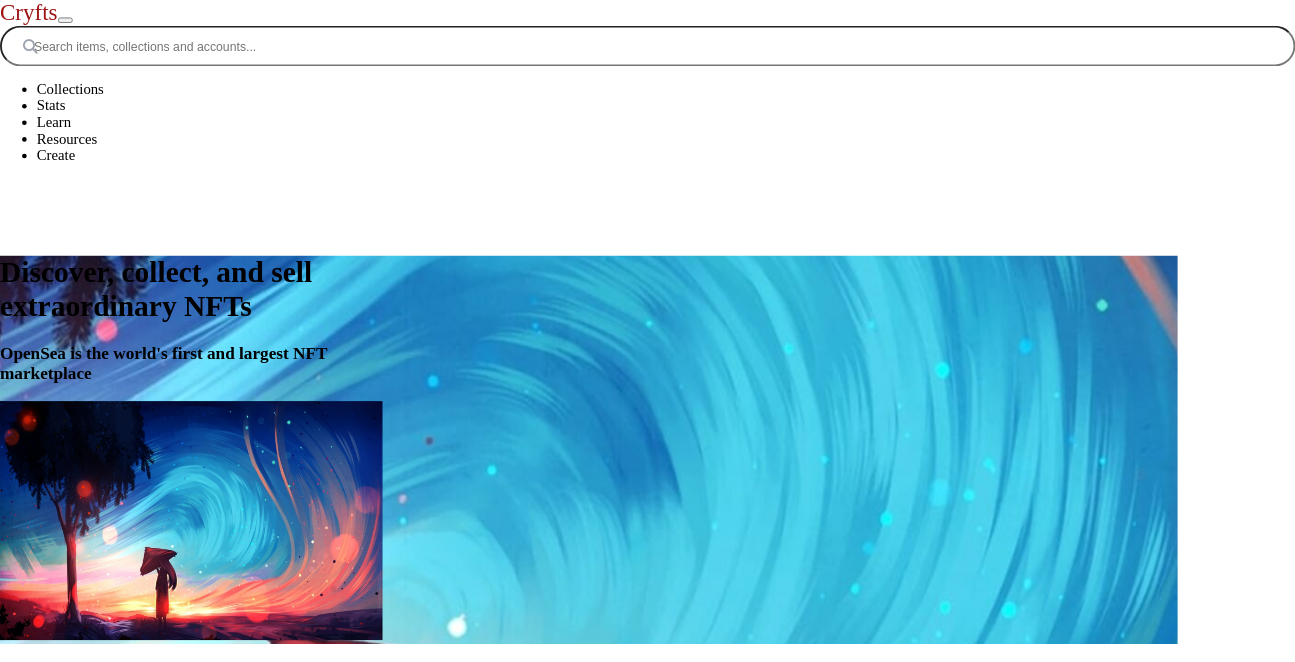
Repository: Huzaifa-2609/opensea_project
Page: /
These files come from the project's save history. The page is drawn as it stood at one moment and after the next save; the edit follows.
The browser window is 1280 px wide. The page is 1408 px wide, so the pictures cover 1408 px, including what lies to the right of the window. The pictures show the whole page, at 92% of full size.
Some web libraries are served in a nearby version. The project was rebuilt for these pictures with package versions that can differ from the ones it lists, and the page was loaded fresh each time. The framework's server and built-in components were replaced by stand-ins that run in the browser. Also part of the build but not shown: next.config.js, styles/Home.module.css.

Above is the page before, as saved 2022-07-09 18:00:48.

### pages/_app.js
import Navbar from '../components/Navbar'
import '../styles/globals.css'
import Head from "next/head"
import Script from 'next/script'
import "../styles/hero.css"
function MyApp({ Component, pageProps }) {
  return(
    <>
    <Script src="https://kit.fontawesome.com/30bda3e318.js" crossorigin="anonymous"></Script>
    <Script src="https://cdn.jsdelivr.net/npm/bootstrap@5.2.0-beta1/dist/js/bootstrap.bundle.min.js" integrity="sha384-pprn3073KE6tl6bjs2QrFaJGz5/SUsLqktiwsUTF55Jfv3qYSDhgCecCxMW52nD2" crossOrigin="anonymous"></Script>
    <Navbar title={"Cryfts"}/>
  <Component {...pageProps} />
  </>
  )
}

export default MyApp

### pages/_document.js
import { Html, Head, Main, NextScript } from 'next/document'

export default function Document() {
  return (
    <Html>
      <Head>
      <link href="https://cdn.jsdelivr.net/npm/bootstrap@5.2.0-beta1/dist/css/bootstrap.min.css" rel="stylesheet" integrity="sha384-0evHe/X+R7YkIZDRvuzKMRqM+OrBnVFBL6DOitfPri4tjfHxaWutUpFmBp4vmVor" crossOrigin="anonymous"/>
      </Head>
      <body>
        <Main />
        <NextScript />
      </body>
    </Html>
  )
}

### pages/index.js
import Head from 'next/head'
import Image from 'next/image'
import Hero from '../components/Hero'
import styles from '../styles/Home.module.css'

export default function Home() {
  return (
    <>
    <div>
      <Head>
        <title>Create Next App</title>
        <meta name="description" content="Generated by create next app" />
        <link rel="icon" href="/favicon.ico" />
      </Head>
         </div>
      <Hero/>
      </>
  )
}

### components/Navbar.js
import React from 'react'
import Link from 'next/link'
import { useRouter } from 'next/router'
const Navbar = (props) => {
  const location=useRouter();
  return (
    <div>
      <nav className="navbar shadow-sm fixed-top navbar-expand-lg navbar-light">
  <div className="container-fluid">
    <a className="navbar-brand text-color fw-bolder ml-2" href="/">{props.title}</a>
    <button className="navbar-toggler" type="button" data-bs-toggle="collapse" data-bs-target="#navbarSupportedContent" aria-controls="navbarSupportedContent" aria-expanded="false" aria-label="Toggle navigation">
      <span className="navbar-toggler-icon"></span>
    </button>

    <div className="collapse navbar-collapse" style={{width:"50%"}} id="navbarSupportedContent">

            <div className="row height d-flex justify-content-center align-items-center">

                <div className="form">
                  <i className="fa fa-search"></i>
                  <input type="text" className="form-control form-input" placeholder="Search items, collections and accounts..."/>
                </div>

            </div>


      <ul className="navbar-nav gap-4 m-auto mb-2 mb-lg-0 fw-bold" style={location.pathname==="/signup"?{visibility:"hidden"}:{}}>
      <li className="nav-item">
          <Link href="/collections/0x7132e1d414161A232c2027aE6C66D7914649bA66"><a className="nav-link " aria-current="page" >Collections</a></Link>
        </li>
        <li className="nav-item">
          <Link href="/"><a className="nav-link" aria-current="page" >Stats</a></Link>
        </li>
        <li className="nav-item">
          <Link href="/"><a className="nav-link " >Learn</a></Link>
        </li>

        <li className="nav-item dropdown">
          <Link href="/"><a className="nav-link dropdown-toggle pe-none"  id="navbarDropdown" role="button" data-bs-toggle="dropdown" aria-expanded="false">
            Resources
          </a></Link>
          <ul className="dropdown-menu" aria-labelledby="navbarDropdown">
            <li><Link href="/"><a className="dropdown-item" >Action</a></Link></li>
            <li><Link href="/"><a className="dropdown-item" >Another action</a></Link></li>
            <li><hr className="dropdown-divider"/></li>
            <li><Link href="/"><a className="dropdown-item" >Something else here</a></Link></li>
          </ul>
        </li>
        <li className="nav-item">
          <Link  href="/"><a className="nav-link">Create</a></Link>
        </li>
      </ul >
      {/* <form className="d-flex" role="search">
        <ul className="navbar-nav gap-3 media" style={location.pathname==="/signup"?{display:"none"}:{}}>
      <li className="nav-item float-right">
          <Link href="/login"><a className="nav-link"  >Sign in</a></Link>
    </li>
      <li className="nav-item mx-2">
    <Link href='/signup'><a className="btn btn1 btn-primary bd-color bg-color"  style={location.pathname==="/signup"?{display:"none"}:{}} type="submit">Get Started</a></Link>
    </li>
        </ul>
      </form> */}
    </div>
  </div>
</nav>
    </div>
  )
}

export default Navbar

### styles/globals.css
:root {
  --light: #9f1313;
  --dark: #8d1212;
}
html,
body {
  padding: 0;
  margin: 0;
  /* font-family: -apple-system, BlinkMacSystemFont, Segoe UI, Roboto, Oxygen,
    Ubuntu, Cantarell, Fira Sans, Droid Sans, Helvetica Neue, sans-serif; */
}

a {
  color: inherit;
  text-decoration: none;
}

* {
  box-sizing: border-box;
}
@media all and (min-width: 992px) {
  .navbar .nav-item .dropdown-menu{ display: none; }
  .navbar .nav-item .nav-link{ border-bottom:3px solid white;  }
  .navbar .nav-item:hover .nav-link{ border-bottom:3px solid var(--light);  }
  .navbar .nav-item:hover .dropdown-menu{ display: block; }
  .navbar .nav-item .dropdown-menu{ margin-top:0; }


}
@media all and (max-width: 992px){
  .pic{display: none;}
  .signup-cls{   margin-top: 15% !important;}
  .signin-cls .card{border:none; box-shadow: none !important;}
  .media{display: none;}
  .empass{flex-direction: column ;}
}

nav {
  /* border-bottom:1px solid #ede4e4; */
  background-color: white;
}
.comp1{
  width: 22rem;
  border: none;

}
.comp{
  margin: 90px 0px;
}
.text-color{
  color: var(--dark);
}
.bg-color{
  background-color: var(--dark);
}
.btn1:hover{
  background-color: var(--light);
  border-color: var(--dark);

}
.bd-color{
  border-color: var(--dark);
}
.navbar-light .navbar-brand{
  color: var(--dark);
}
.navbar-light .navbar-brand:hover{
  color: var(--light);
}
.navbar-brand{
  font-size: 25px;
}
.link-hover :hover{
  color: var(--dark);
}
.form-check-label-color{
  color: var(--dark);
}
.form-outline{
  width: 75%!important;
}
.form-control:focus {
  border-color: #ced4da;
  box-shadow: none!important;
}

/* Navbar search css */
.form{
  position: relative;

}

.form .fa-search{

  position: absolute;
  top:15px;
  left: 25px;
  color: #9ca3af;

}

.form span{

  position: absolute;
  right: 17px;
  top: 13px;
  padding: 2px;
  border-left: 1px solid #d1d5db;

}

.left-pan{
  padding-left: 7px;
}

.left-pan i{

 padding-left: 10px;
}

.form-input{
  width: 220%;
  height: 44px;
  text-indent: 33px;
  border-radius: 40px;
}

.form-input:focus{

  box-shadow: none;
  border:none;
}

### styles/hero.css
/* .body{
} */
.bg{
    background: url("../public/nftbg.jpg") center center;
}

### components/Hero.js
import React from "react";
import Image from "next/image";
import img from "../public/nftbg.jpg";

const Hero = () => {
  const style = {
    background: img,
    marginTop: "100px",
    height:"100%"
  };
  return (
    <>
      <div className="container d-flex justify-content-between bg " style={style}>
        <div className="card mb-3 border-0 " style={{ width: "26rem"}}>
          <div className="card-body">
            <h1 className="card-title">Discover, collect, and sell extraordinary NFTs</h1>
            <h3 className="card-subtitle text-muted mt-3">
            OpenSea is the world's first and largest NFT marketplace
            </h3>
          </div>
        </div>
        <div className="card mb-3 border-0 " style={{ width: "26rem"}}>
          <Image src={img} className="card-img-top" alt="..."/>
          {/* <div className="card-body">
            <h1 className="card-title">Discover, collect, and sell extraordinary NFTs</h1>
            <h3 className="card-subtitle text-muted mt-3">
            OpenSea is the world's first and largest NFT marketplace
            </h3>
          </div> */}
        </div>
      </div>
    </>
  );
};

export default Hero;

After the next save:
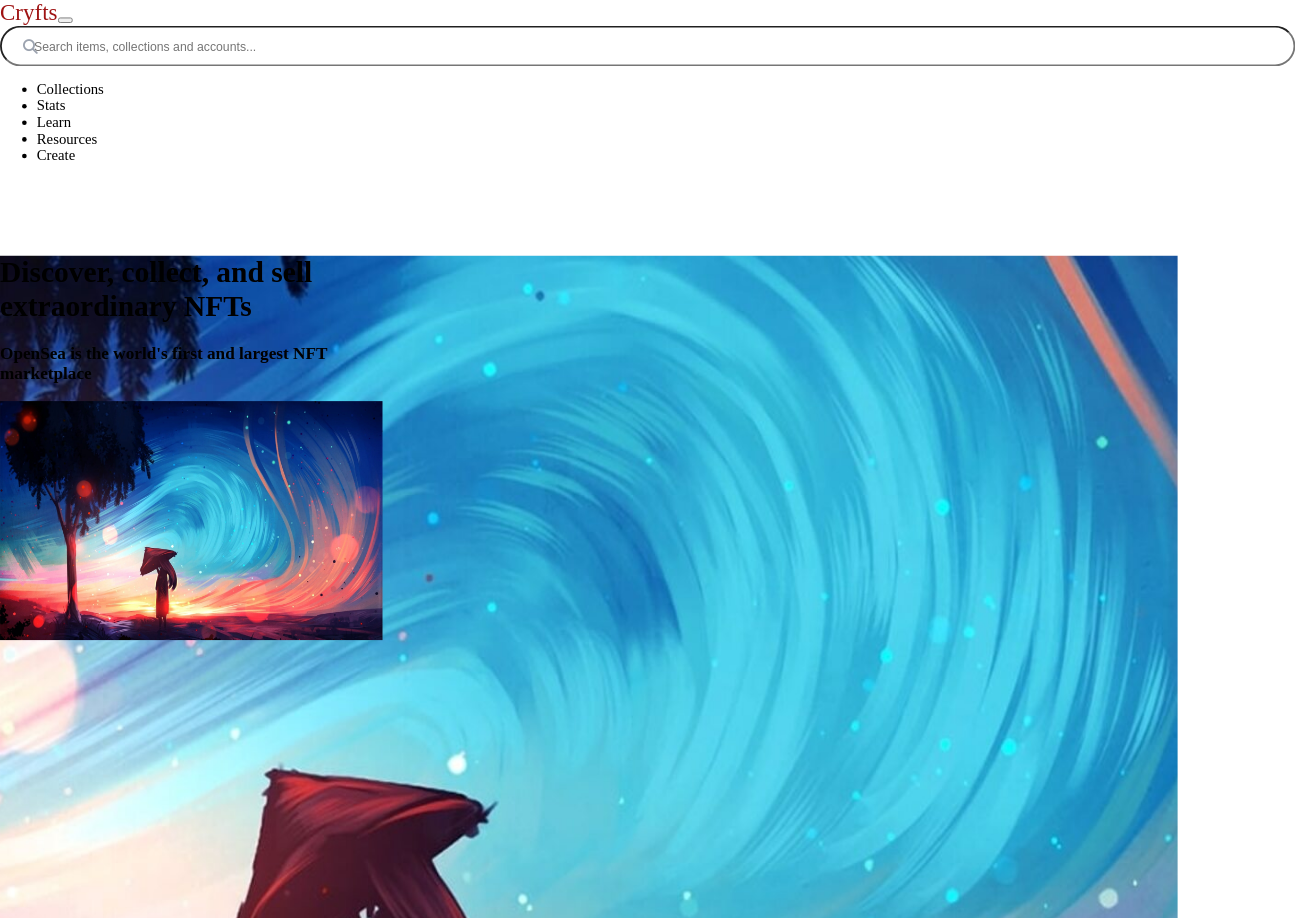
Saved 14 s later.
--- a/components/Hero.js
+++ b/components/Hero.js
@@ -6,7 +6,7 @@
   const style = {
     background: img,
     marginTop: "100px",
-    height:"100%"
+    height:"100vh"
   };
   return (
     <>

After the save that followed:
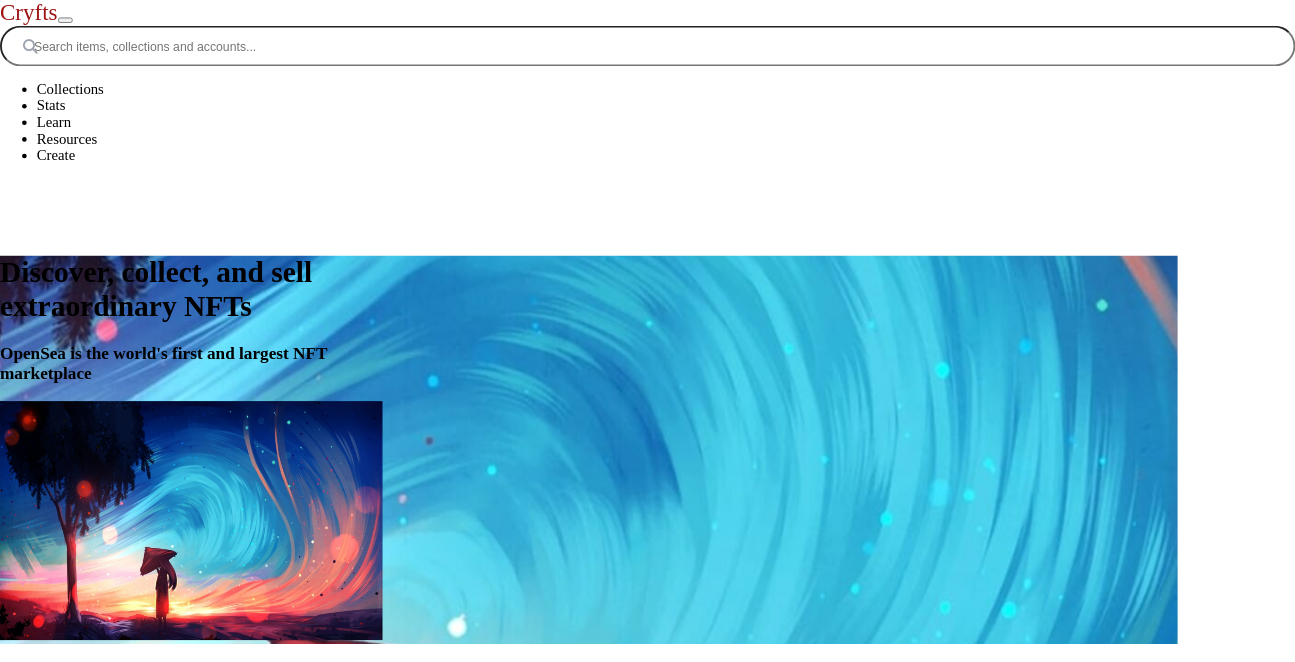
Saved 2 min 16 s later.
--- a/components/Hero.js
+++ b/components/Hero.js
@@ -6,7 +6,7 @@
   const style = {
     background: img,
     marginTop: "100px",
-    height:"100vh"
+    height:"100%"
   };
   return (
     <>
